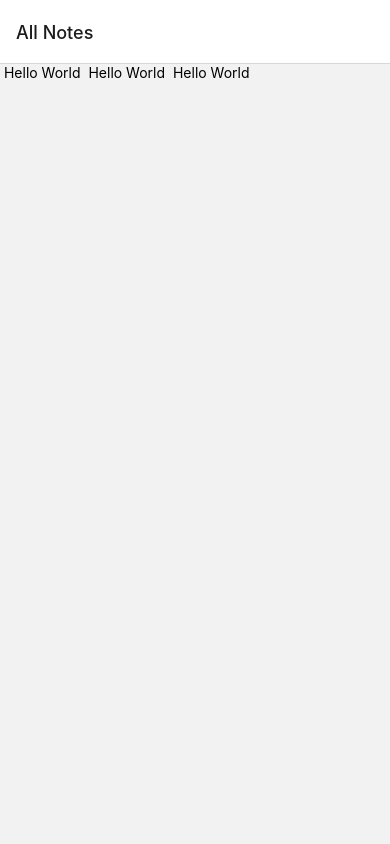
Repository: awarbler/reactNotesApp
Screen: / (app in reactNoteApp/)
These files come from the project's save history. The screen is drawn as it stood at one moment and after the next save; the edit follows.
The app was drawn by React Native's web renderer in a window 390 px wide. The project was rebuilt for these pictures with package versions that can differ from the ones it lists, and the page was loaded fresh each time.

Above is the screen before, as saved 2022-05-19 17:07:44.

### reactNoteApp/App.js
import AppState from './src/AppState/AppState';

export default function App() {
    return <AppState/>;

}

### reactNoteApp/src/AppState/AppState.js
import React, {useState, useEffect} from 'react';
import {Text} from 'react-native';
import AppNavigation from '../AppNavigation/AppNavigation';

export default function AppState(){
    const[allNotes, setAllNotes] = useState([{noteId: 1, noteTitle: 'First Idea', noteText: 'This is first note'}, {noteId: 2, noteTitle: 'Second Idea', noteText:'Second note'}]);
    const[note, setNotes] = useState({});

    const AppState = {
        allNotes,
        setAllNotes,
        note,
        setNotes
    };
    return <AppNavigation AppState={AppState}/>
}

### reactNoteApp/src/AppNavigation/AppNavigation.js
import * as React from 'react';
import { NavigationContainer } from '@react-navigation/native';
import { createNativeStackNavigator } from '@react-navigation/native-stack';

import Home from '/Users/awarbler/Desktop/SCHOOL/CSE 310 /reactNotesApp/reactNoteApp/src/screens/Home/Home.js';

const Stack = createNativeStackNavigator();

export default function AppNavigation(AppState){
    return (
      <NavigationContainer>
      <Stack.Navigator>

      <Stack.Screen name="All Notes" >
        {props => <Home {...props} AppState={AppState} />}
      </Stack.Screen>

      </Stack.Navigator>
    </NavigationContainer>

      );
}

### reactNoteApp/src/screens/Home/Home.js
import React, {useState, useEffect} from 'react';
import { StyleSheet, Text, View } from 'react-native';

export default function Home(){
    return (
        <view>
        <Text> Hello World </Text>

        <Text> Hello World </Text>

        <Text> Hello World </Text>
        </view>
    );
}
const style = StyleSheet.create({
    screen:{

    }
})

After the next save:
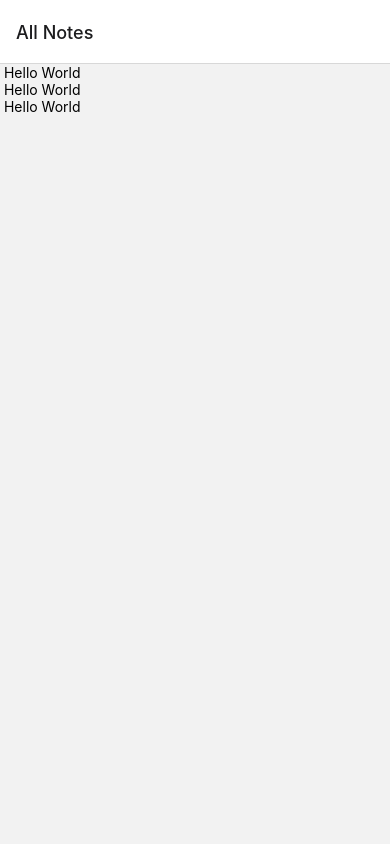
Saved 42 s later.
--- a/reactNoteApp/src/screens/Home/Home.js
+++ b/reactNoteApp/src/screens/Home/Home.js
@@ -3,13 +3,13 @@ import { StyleSheet, Text, View } from 'react-native';
 
 export default function Home(){
     return (
-        <view>
+        <View>
         <Text> Hello World </Text>
 
         <Text> Hello World </Text>
 
         <Text> Hello World </Text>
-        </view>
+        </View>
     );
 }
 const style = StyleSheet.create({
